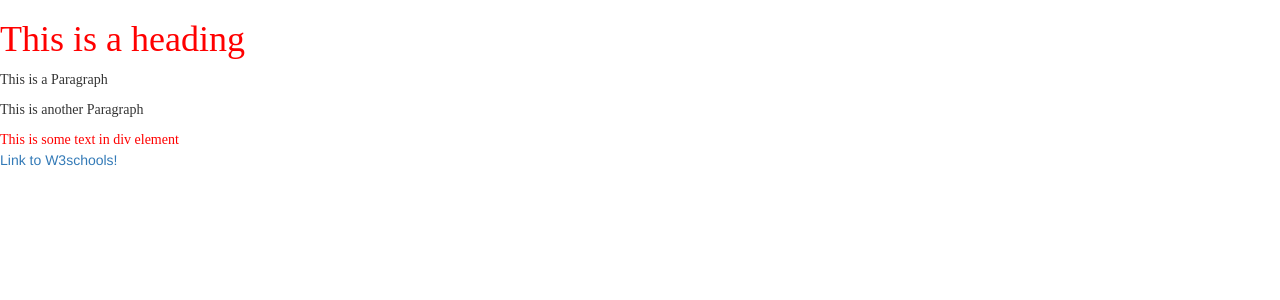
Repository: vaibhavkri/Trendnxt-Projects
Page: bootstrap/Bootstrap– L3 Assignment/Topic 5 CSS Pseudo-classes/Assignment2.html
An editor plug-in stored every save of this project. The page is shown before and after the next save, followed by the edit.
The browser window is 1280 px wide. The pictures show the whole page.

Above is the page before, as saved 2018-10-23 14:16:58.

After the next save:
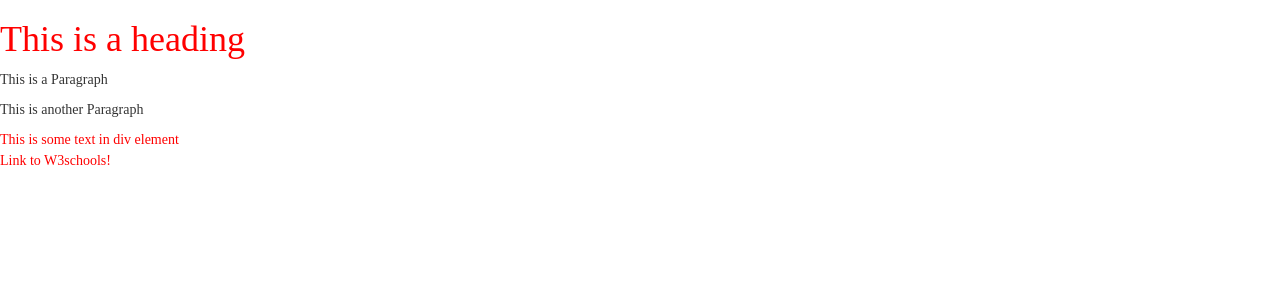
Saved 79 s later.
--- a/bootstrap/Bootstrap– L3 Assignment/Topic 5 CSS Pseudo-classes/Assignment2.html
+++ b/bootstrap/Bootstrap– L3 Assignment/Topic 5 CSS Pseudo-classes/Assignment2.html
@@ -24,7 +24,7 @@
             color: red;
         }
 
-        a::first-line {
+        a:link {
             font-family: 'Times New Roman', Times, serif;
             color: red;
         }
